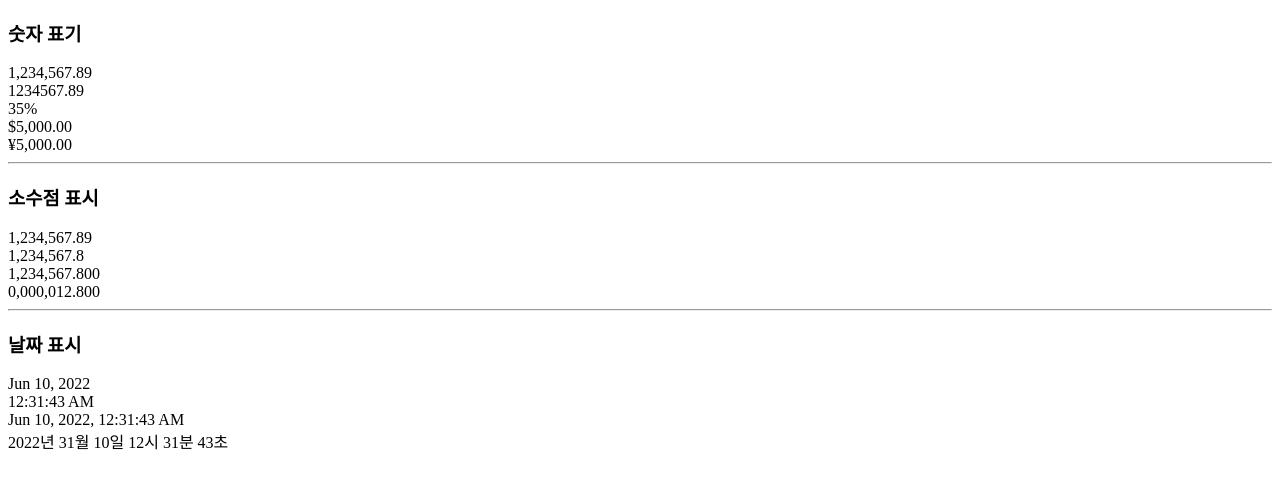
Repository: YooMyeongSeon/JSP_Servlet_Study
Page: http://localhost/web07/Ex_21.jsp
An editor plug-in stored every save of this project. The page is shown before and after the next save, followed by the edit.
The browser window is 1280 px wide. The pictures show the whole page.
The page is served by Tomcat 9.

Above is the page before, as saved 2022-06-10 07:39:24.

After the next save:
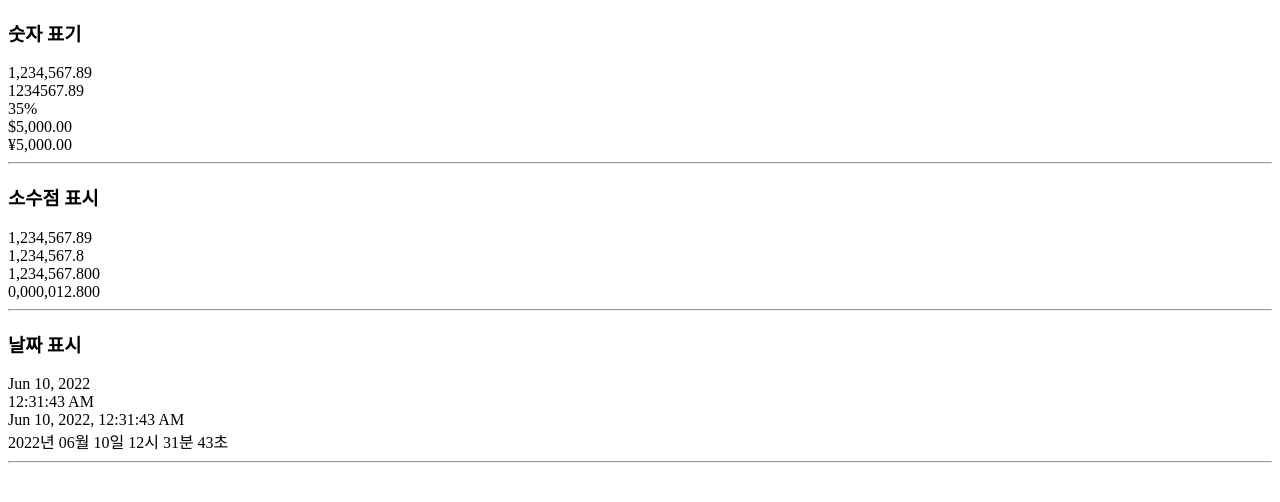
Saved 69 s later.
--- a/web07/WebContent/Ex_21.jsp
+++ b/web07/WebContent/Ex_21.jsp
@@ -28,6 +28,7 @@
 	<fmt:formatDate value="${now}"/><br> <!-- 2022. 6. 10 (type="date") -->
 	<fmt:formatDate value="${now}" type="time"/><br> <!-- 오후 4:36:45 -->
 	<fmt:formatDate value="${now}" type="both"/><br> <!-- 2022. 6. 10 오후 4:36:45 -->
-	<fmt:formatDate value="${now}" pattern="yyy년  mm월 dd일 hh시 mm분 ss초" /><br> <!-- 2022년 6월 10일 오후 4시 36분 45초 -->
+	<fmt:formatDate value="${now}" pattern="yyy년  MM월 dd일 hh시 mm분 ss초" /><br> <!-- 2022년 6월 10일 오후 4시 36분 45초 -->
+	<hr>
 </body>
 </html>
